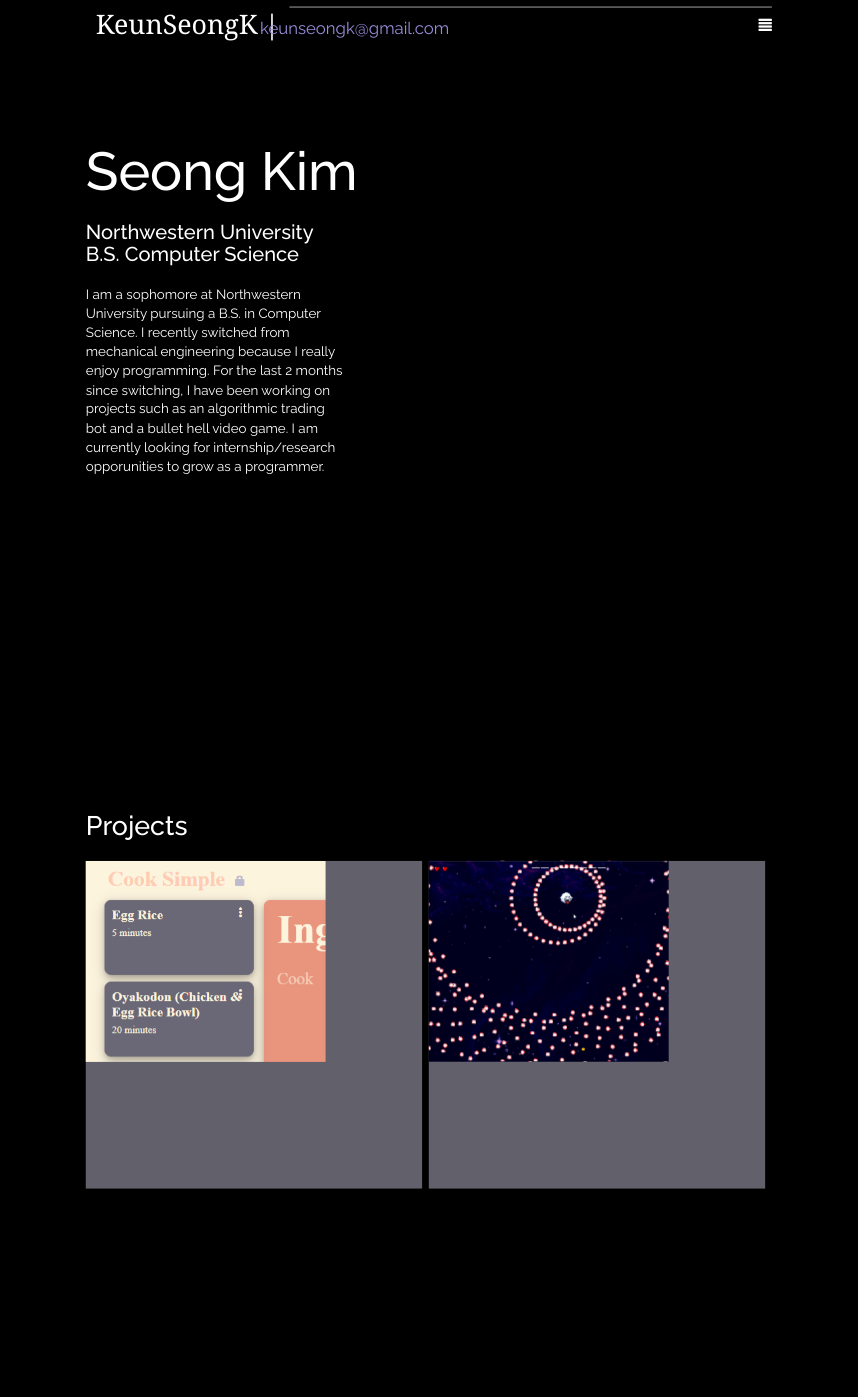
Repository: oqueuo/personal-site
Page: index.html
These files come from the project's save history. The page is drawn as it stood at one moment and after the next save; the edit follows.
The browser window is 1280 px wide. The pictures show the whole page, at 67% of full size.

Above is the page before, as saved 2020-09-21 18:07:38.

### index.html
<!-- Accountability, Balance, Trustworthiness -->
<!DOCTYPE html>
<html lang="en">
  <head>
    <title>Seong Kim</title>
    <meta charset="UTF-8">
    <meta name="viewport" content="width=device-width, initial-scale=1.0">

    <script src="https://ajax.googleapis.com/ajax/libs/jquery/3.5.1/jquery.min.js"></script>
    <script src="https://maxcdn.bootstrapcdn.com/bootstrap/3.4.1/js/bootstrap.min.js"></script>
    <link rel="stylesheet" href="https://maxcdn.bootstrapcdn.com/bootstrap/3.4.1/css/bootstrap.min.css">
    <link rel="stylesheet" href="styles.css">
    <script src="scripts.js"></script>
  </head>

  <body>
    <main>
      <header>
        <h1 id="navbar-brand"><a href="index.html" class="navbar-brand">KeunSeongK |</a></h1>
        <a id="email" href = "mailto: abc@example.com">keunseongk@gmail.com</a>
        <ul>
          <li><span id="pulldown-btn" class="glyphicon glyphicon-align-justify"></span>
            <ul id="nav-pulldown">
              <li class="navbar-item"><a class="nav-link" href=#about></a></li>
              <li class="navbar-item" style="padding-right:100px;"><a class="nav-link" href="resume.html">Resume</a></li>
              <li class="navbar-item"><a class="nav-link" href="https://github.com/oqueuo">GitHub</a></li>
              <li class="navbar-item"><a class="nav-link" href="https://www.linkedin.com/in/seong-kim-a0a989160/">LinkedIn</a></li>
            </ul>
          </li>
        </ul>

      </header>
      <section id="horizontal-line"></section>
        <hr>
      </section>
      <!-- About me -->
      <section id="about">

        <div id="about-text">
          <h1>Seong Kim</h1>
          <h2>Northwestern University<br>B.S. Computer Science</h2>
          <p>I am a sophomore at Northwestern University pursuing
            a B.S. in Computer Science. I recently switched from mechanical engineering
            because I really enjoy programming. For the last 2 months since switching,
            I have been working on projects such as an algorithmic trading bot and a
            bullet hell video game. I am currently looking for internship/research
            opporunities to grow as a programmer.
          </p>
        </div>
      </section>

      <h1 id="projects-header">Projects</h1>

      <!-- Projects: Filled in with JS template -->
      <section id="projects">
      </section>

    </main>
  </body>
  <script>
    render_projects(projects, "#projects");
  </script>
</html>

### styles.css
@import url('https://fonts.googleapis.com/css2?family=Raleway:ital,wght@0,100;0,200;0,300;0,400;0,500;0,600;0,700;0,800;0,900;1,100;1,200;1,300;1,400;1,500;1,600;1,700;1,800;1,900&display=swap');
/* Global styles
------------------------------------*/
* {
    /* Remove Chrome default margins */
    margin: 0 !important;
    font-family: 'Raleway', sans-serif;
}
body {
    background: black;
    display: flex;
    justify-content: center;
}
main {
    position: relative;
    width: 80vw;
    display: block;
    /* background: saddlebrown; */
    margin-left: auto;
    margin-right: auto;
}


/* NAVBAR */
header {
    color: white;
    padding-top: 10px;
    position: relative;
    width: inherit;
}
header>a {
    position: absolute;
    font-size: 25px;
    left: 260px;
    top: 25px;
}
header ul {
    position: absolute;
    top: 25px;
    right: 0px;
}
#navbar-brand {

}
.navbar-brand {
    text-decoration: none;
    font-size: 40px !important;
    color: white;
    font-family: Cambria, Cochin, Georgia, Times, 'Times New Roman', serif !important;
}

.navbar-item {
    display: inline;
    font-size: 25px;
    padding-right: 15px;
}
ul a, #email, .more-info-on-github {
    text-decoration: none;
    color: rgb(153, 140, 218);
}

ul a:hover, #email:hover, .more-info-on-github:hover {
    opacity: 0.8;
}
ul a:active, #email:active, .more-info-on-github:active {
    opacity: 0.7;
}
#horizontal-line {
    width: 100vw;
    left: 0;
}


/* ABOUT */
#about {
    color: white;
    margin-top: 200px !important;
    /* background: royalblue; */
}
#about-text h1 {
    font-family: 'Raleway', sans-serif;
    font-size: 80px;
}
#about-text h2 {
    margin-top: 30px !important;
}
#about p {
    margin-top: 30px !important;
    max-width: 30vw;
    font-size: 20px;
}


/* Projects */

#projects-header {
    font-size: 40px;
    color: white;
    margin-top: 500px !important;
    margin-bottom: 30px !important;
}
#projects {
    display: flex;
    flex-wrap: wrap;
    padding: 0;
    width: 100%;
    margin-bottom: 300px !important;
}
.project-card-container {
    box-sizing: border-box;
    width: 50%;
    height: 500px;
    padding-right: 1%;
    padding-bottom: 1%;
    position: relative;
}
.project-card-gray {
    background-color: rgb(97, 96, 107);
    height: 100%;
    width: 100%;
}
.project-card-content {
    width: 70%;
    height: 60%;
    position: absolute;
    background-size: auto;

    transition: .5s ease;
    backface-visibility: hidden;
}

.project-overlay {
    transition: .5s ease;
    opacity: 0;
    position: absolute;
    top: 50%;
    left: 50%;
    transform: translate(-50%, -50%);
    -ms-transform: translate(-50%, -50%);
}
.project-card:hover .project-card-content {
    opacity: 0.2;
}

.project-card:hover .project-overlay {
opacity: 1;
}


/* Resume */
.resume {
    margin-top: 200px !important;
    background-image: url(backgrounds/resume330.png);
    height: 1000px;
    width: 63%;
}

.three-vertical-dots {
    color: white;
}

@media (max-width: 1300px) {
    /* Recipe pulldown */
    header ul {
        list-style: none;
        z-index: 5;
    }
    span.three-vertical-dots {
        /* Put the three dots on top right corner of recipe card */
        position: absolute;
        top: 10px;
        right: 10px;
    }
    .three-vertical-dots li:active {
        color: rgb(255, 239, 218);
    }
    #pulldown-btn {
        cursor: pointer;
        font-size: 20px;
    }
    ul #nav-pulldown {
        display: none;
        background-color: rgb(253, 244, 222);
        border: 1px solid #333;
        border-radius: 4px;
        width: 90px;
        padding: 5px;
        position: absolute;
        top: 30px;
        right: 10px;
        text-align: end;
    }
    ul #nav-pulldown li {
        color: #333;
        display: block;
        block-size: auto;
    }
    header>ul>li:hover #nav-pulldown {
        display: block;
    }
    ul #nav-pulldown a {
        color: rgb(76, 74, 83);
        font-size: 15px;
    }
}

### scripts.js
var projects = [
    {
        title: "Cook Simple",
        description: "A minimalist recipe storage app for computers and mobile devices.",
        cover: "backgrounds/cook-simple.png"
    },
    {
        title: "Boollet Hell",
        description: "A Bullet Hell shooter game. Inspired by popular bullet hell shooters from Japan",
        cover: "backgrounds/boollet-hell.png"
    }
]
let more_info_on_my_github = "More info on <a class='more-info-on-github' href='https://github.com/oqueuo'>GitHub</a>"


function render_projects(projects, projects_id) {
    let project_case = document.querySelector(projects_id);
    if (project_case) {
        if (projects instanceof Array) {
            for (let project of projects) {
                let template = `
                <div class="project-card-content" style="background-image: url(${project.cover});"></div>
                <div class="project-overlay">
                    <p>${project.description}<br><br></p>
                    ${more_info_on_my_github}
                </div>`;

                let project_card_container = document.createElement("div");
                project_card_container.className = "project-card-container";
                project_card_container.innerHTML = `
                <div class="project-card-gray">
                    <div class="project-card">${template}</div>
                </div>
                `
                project_case.append(project_card_container);
            }
        }
    }
}

const show_project_info = (el) => {

}

After the next save:
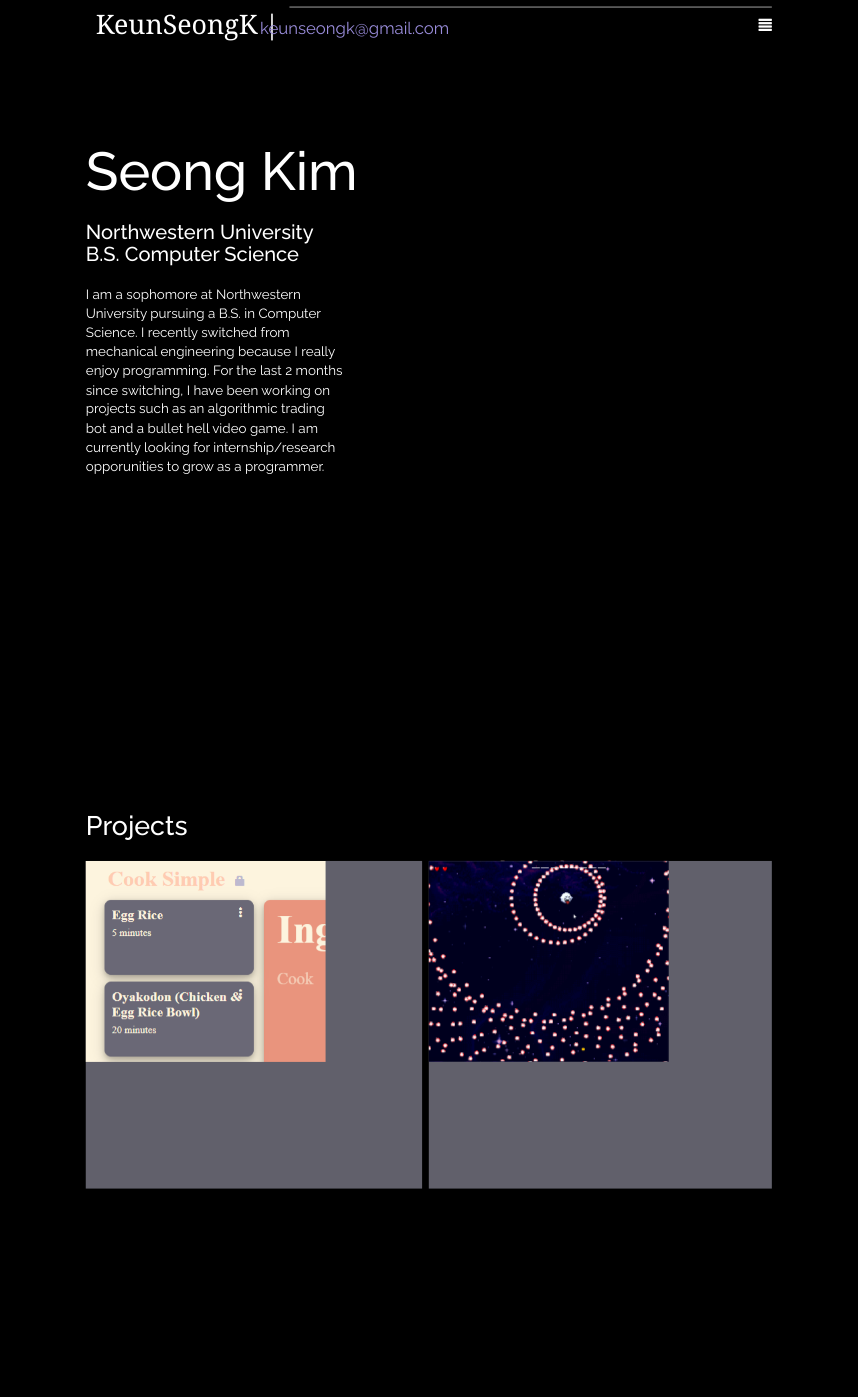
Saved 41 s later.
--- a/styles.css
+++ b/styles.css
@@ -113,6 +113,9 @@ ul a:active, #email:active, .more-info-on-github:active {
     padding-right: 1%;
     padding-bottom: 1%;
     position: relative;
+}
+.project-card-container:nth-child(2n) {
+    padding-right: 0;
 }
 .project-card-gray {
     background-color: rgb(97, 96, 107);
